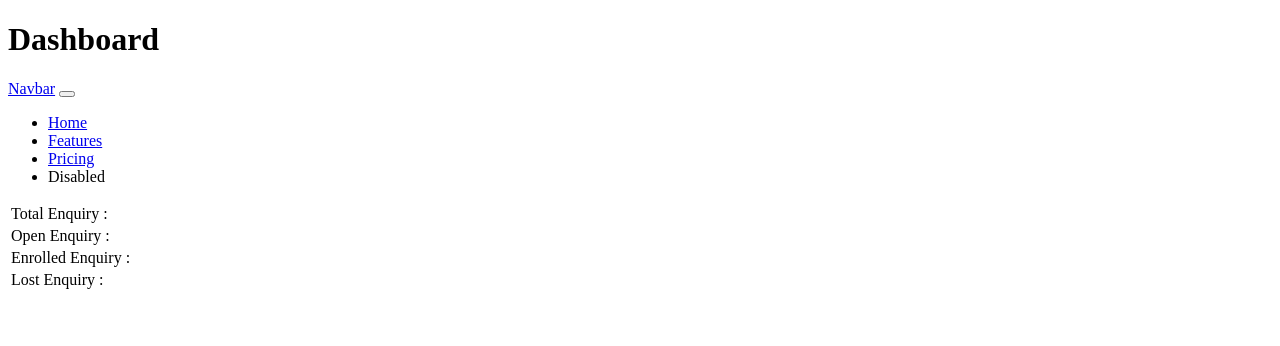
Repository: SitaSangita/Project
Page: http://localhost/dashboard
These files come from the project's save history. The page is drawn as it stood at one moment and after the next save; the edit follows.
The browser window is 1280 px wide. The pictures show the whole page.
The page is this project's Thymeleaf template; nobody is signed in. The template is opened directly, without the code that normally fills it, so the values that code supplies are empty.

Above is the page before, as saved 2025-01-02 12:20:32.

### 01_CounsellorProtal_MiniProject/src/main/resources/templates/dashboard.html
<!doctype html>
<html lang="en">

<head>
	<meta charset="utf-8">
	<meta name="viewport" content="width=device-width, initial-scale=1">
	<title>Counsellor Dashboard</title>
</head>

<body>

	<div class="container">
		<h1>Dashboard</h1>

		<nav class="navbar navbar-expand-lg bg-body-tertiary">
		  <div class="container-fluid">
		    <a class="navbar-brand" href="#">Navbar</a>
		    <button class="navbar-toggler" type="button" data-bs-toggle="collapse" data-bs-target="#navbarNav" aria-controls="navbarNav" aria-expanded="false" aria-label="Toggle navigation">
		      <span class="navbar-toggler-icon"></span>
		    </button>
		    <div class="collapse navbar-collapse" id="navbarNav">
		      <ul class="navbar-nav">
		        <li class="nav-item">
		          <a class="nav-link active" aria-current="page" href="#">Home</a>
		        </li>
		        <li class="nav-item">
		          <a class="nav-link" href="#">Features</a>
		        </li>
		        <li class="nav-item">
		          <a class="nav-link" href="#">Pricing</a>
		        </li>
		        <li class="nav-item">
		          <a class="nav-link disabled" aria-disabled="true">Disabled</a>
		        </li>
		      </ul>
		    </div>
		  </div>
		</nav>
		<table>
			<tr>
				<td>Total Enquiry :</td>
				<td th:text="${dashboradDTO.totalEnquiry}"></td>
			</tr>
			<tr>
				<td>Open Enquiry :</td>
				<td th:text="${dashboradDTO.openEnquiry}"></td>
			</tr>

			<tr>
				<td>Enrolled Enquiry :</td>
				<td th:text="${dashboradDTO.enrolledEnquiry}"></td>
			</tr>

			<tr>
				<td>Lost Enquiry :</td>
				<td th:text="${dashboradDTO.lostEnquiry}"></td>
			</tr>

		</table>

	</div>
</body>

</html>

After the next save:
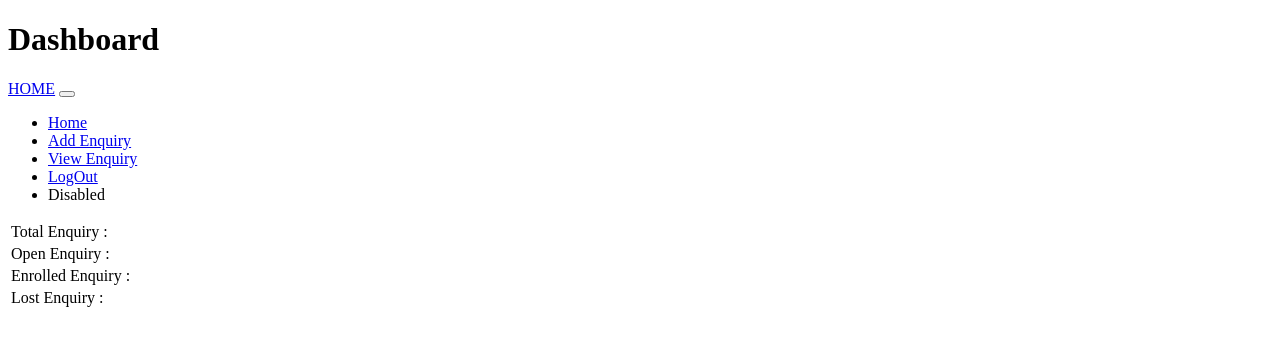
Saved 2 min 55 s later.
--- a/01_CounsellorProtal_MiniProject/src/main/resources/templates/dashboard.html
+++ b/01_CounsellorProtal_MiniProject/src/main/resources/templates/dashboard.html
@@ -11,30 +11,34 @@
 
 	<div class="container">
 		<h1>Dashboard</h1>
-
 		<nav class="navbar navbar-expand-lg bg-body-tertiary">
-		  <div class="container-fluid">
-		    <a class="navbar-brand" href="#">Navbar</a>
-		    <button class="navbar-toggler" type="button" data-bs-toggle="collapse" data-bs-target="#navbarNav" aria-controls="navbarNav" aria-expanded="false" aria-label="Toggle navigation">
-		      <span class="navbar-toggler-icon"></span>
-		    </button>
-		    <div class="collapse navbar-collapse" id="navbarNav">
-		      <ul class="navbar-nav">
-		        <li class="nav-item">
-		          <a class="nav-link active" aria-current="page" href="#">Home</a>
-		        </li>
-		        <li class="nav-item">
-		          <a class="nav-link" href="#">Features</a>
-		        </li>
-		        <li class="nav-item">
-		          <a class="nav-link" href="#">Pricing</a>
-		        </li>
-		        <li class="nav-item">
-		          <a class="nav-link disabled" aria-disabled="true">Disabled</a>
-		        </li>
-		      </ul>
-		    </div>
-		  </div>
+			<div class="container-fluid">
+				<a class="navbar-brand" href="#">HOME</a>
+				<button class="navbar-toggler" type="button" data-bs-toggle="collapse" data-bs-target="#navbarNav"
+					aria-controls="navbarNav" aria-expanded="false" aria-label="Toggle navigation">
+					<span class="navbar-toggler-icon"></span>
+				</button>
+				<div class="collapse navbar-collapse" id="navbarNav">
+					<ul class="navbar-nav">
+						<li class="nav-item">
+							<a class="nav-link active" aria-current="page" href="#">Home</a>
+						</li>
+						<li class="nav-item">
+							<a class="nav-link" href="#">Add Enquiry</a>
+						</li>
+						<li class="nav-item">
+							<a class="nav-link" href="#">View Enquiry</a>
+						</li>
+						<li class="nav-item">
+							<a class="nav-link" href="#">LogOut</a>
+						</li>
+						<li class="nav-item">
+							<a class="nav-link disabled" aria-disabled="true">Disabled</a>
+						</li>
+					</ul>
+				</div>
+			</div>
+		</nav>
 		</nav>
 		<table>
 			<tr>
